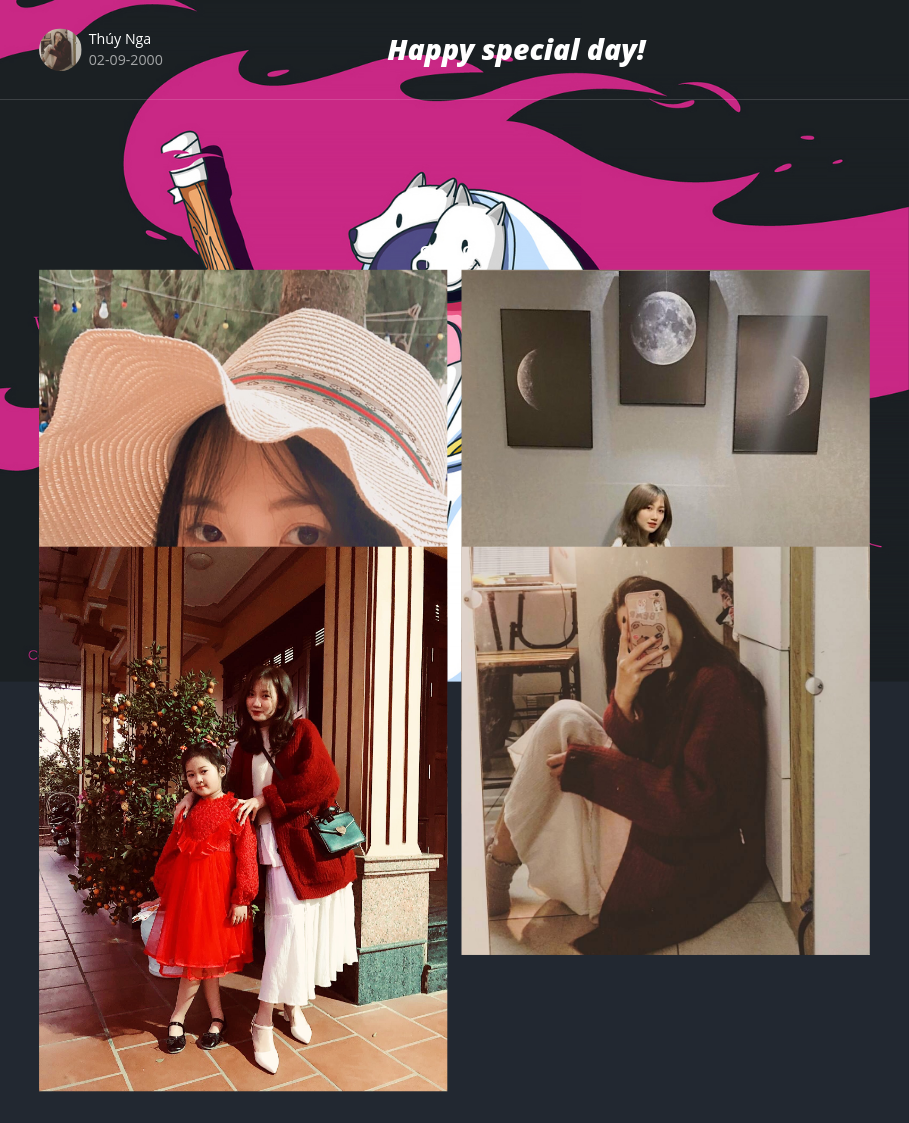
Repository: Datt21/p-happyB
Page: index.html
The author's editor kept a copy of each file at every save. The page is drawn from the files as they stood at one save, then again after the next save.
The browser window is 1280 px wide. The pictures show the whole page, at 71% of full size.
Some icons come from a web library that is not loaded, so they are not drawn.

Above is the page before, as saved 2021-08-31 05:23:53.

### index.html
<!DOCTYPE html>
<html lang="en">
<head>
    <meta charset="UTF-8">
    <meta http-equiv="X-UA-Compatible" content="IE=edge">
    <meta name="viewport" content="width=device-width, initial-scale=1.0">
    <title>Document</title>
    <link rel="stylesheet" href="https://unicons.iconscout.com/release/v4.0.0/css/line.css">
    <link rel="stylesheet" href="./app.css">
</head>
<body>
<div class="wrapper">
    <header class="header">
        <div class="container">
            <div class="header-main">
                <div class="header-info">
                    <img src="./images/lemon.jpg" alt="" class="img-logo">
                    <div class="info">
                        <div class="info-name">Thúy Nga</div>
                        <div class="birth-day">02-09-2000 <i class="uil uil-users-alt"></i> </div>
                    </div>
                </div>

                <div class="menu">
                    <span class="text">Happy special day!</span>
                </div>

                <div class="icon-gift">
                    <a href=""><i class="uil uil-gift"></i></a>
                </div>
            </div>
        </div>
    </header>

    <main>
        <section class="about">
            <div class="container">
                <div class="you-header">
                    <h3 class="caption">Good Girl</h3>
                    <div class="heading">I'm here..!</div>
                </div>
                <div class="about-list">
                    <div class="about-item">
                        <img src="./images/img1.jpg" alt="">
                    </div>
                    <div class="about-item">
                        <img src="./images/img2.jpg" alt="">
                    </div>
                    <div class="about-item">
                        <img src="./images/img3.jpg" alt="">
                    </div>
                    <div class="about-item">
                        <img src="./images/img4.jpg" alt="">
                    </div>
                </div>
            </div>
        </section>
    </main>
</div>
    <script src="./app.js"></script>
</body>
</html>

### app.css
html {
    box-sizing: border-box;
}

* {
    margin: 0;
    padding: 0;
}

*,
*:before,
*:after {
    box-sizing: border-box;
}

a {
    text-decoration: none;
}

img {
    display: block;
    max-width: 100%;
}

html {
    scroll-behavior: smooth;
}

body {
    font-family: "Open sans", sans-serif;
    font-size: 18px;
    line-height: 1;
    color: white;
    background-color: #222831;
    overflow-x: hidden;
}
section[id] {
    scroll-margin-top: 30px;
}

.wrapper {
    max-width: 1920px;
    margin: 0 auto;
    background: url("../images/banner.jpg") no-repeat top/100%;
    /* min-height: 300vh; */
}

main {
    min-height: 200vh;
}
.container {
    max-width: 1200px;
    margin: 0 auto;
    padding: 0 15px;
}

.header {
    border-bottom: 1px solid rgba(255, 255, 255, 0.3);
}
.header-main {
    display: flex;
    justify-content: space-between;
    align-items: center;
    padding: 40px 0;
}
.header-info {
    display: flex;
    align-items: center;
    gap: 0 10px;
    font-size: 20px;
}

.img-logo {
    width: 60px;
    height: 60px;
    border-radius: 50%;
}

.info-name {
    padding-bottom: 10px;
}
.birth-day {
    opacity: 0.6;
}

.menu .text {
    font-style: italic;
    font-size: 40px;
    font-weight: 800;
}

.icon-gift i {
    font-size: 40px;
    color: white;
    font-weight: 600;
}

.about {
    padding-top: 200px;
    padding-bottom: 200px;
}
.you-header {
    text-align: center;
    max-width: 490px;
    margin: 0 auto;
}

main {
    min-height: 200vh;
}

.about-list {
    text-align: center;
    display: grid;
    grid-template-columns: 1fr 1fr;
    grid-gap: 20px;
    grid-template-rows: 370px 180px 370px;
}

Loaded but not shown: app.js (no copy from this time; the picture is the same without it)

After the next save:
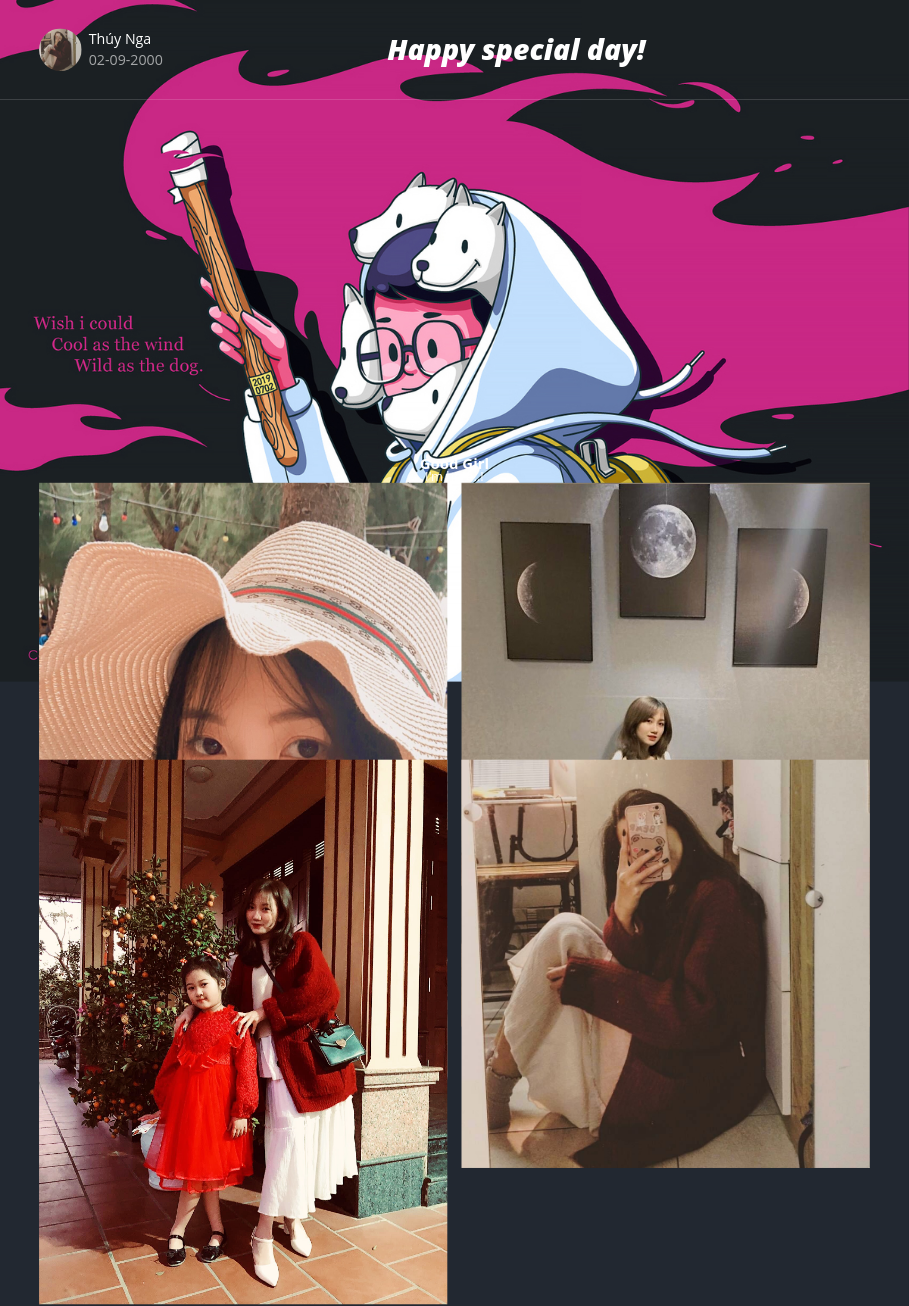
Saved 55 s later.
--- a/app.css
+++ b/app.css
@@ -96,7 +96,7 @@ main {
 }
 
 .about {
-    padding-top: 200px;
+    padding-top: 500px;
     padding-bottom: 200px;
 }
 .you-header {
